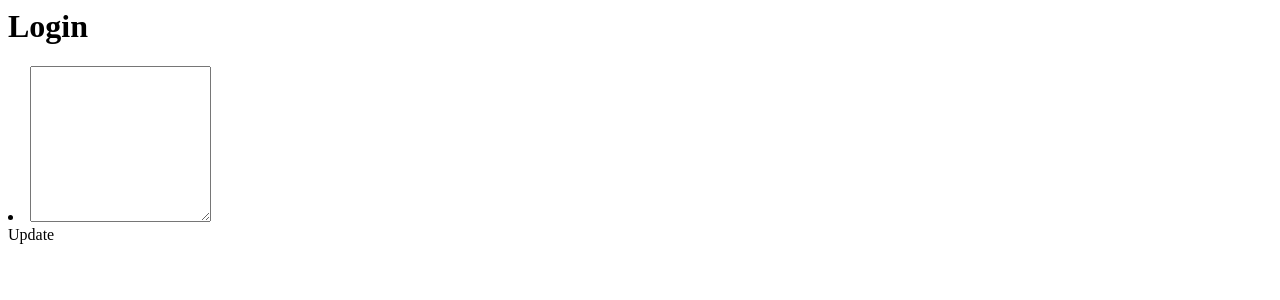
Repository: hoangnguyen92/IonicParseSample
Page: todoApp/www/templates/login.html
The author's editor kept a record of every edit. The page is drawn from the files as they stood at one moment, then again after the next edit.
The browser window is 1280 px wide. The pictures show the whole page.

Above is the page before.

### todoApp/www/templates/login.html
<ion-header-bar class="bar-positive">
    <div class="buttons">
        <!--<button class="button" ui-sref="todos">Back</button>-->
        <h1 class="title">Login</h1>
    </div>
</ion-header-bar>

<ion-content>
    <div>
        <ion-list>
            <li class="item item-input item-stacked-label">
                <textarea type="text" name="content" rows="10" ng-model="todo.content" required></textarea>
            </li>
            <ion-button class="button button-block button-positive" ng-click="edit()">
                Update
            </ion-button>
        </ion-list>
    </div>
</ion-content>

After the next edit:
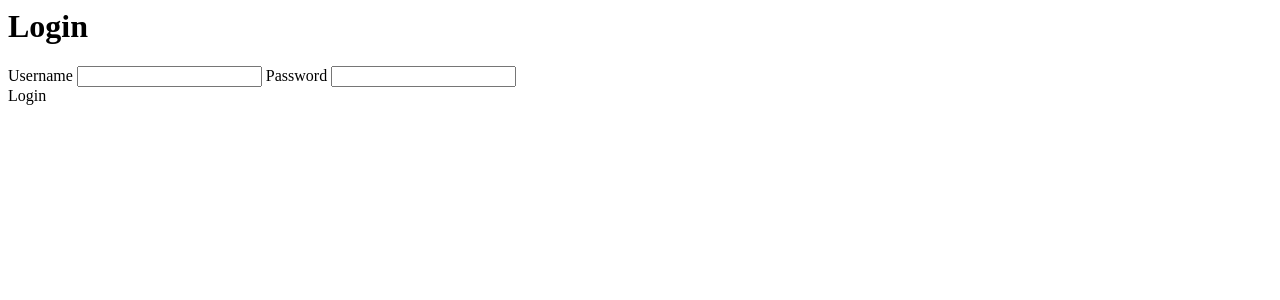
The edit:
--- a/todoApp/www/templates/login.html
+++ b/todoApp/www/templates/login.html
@@ -8,11 +8,18 @@
 <ion-content>
     <div>
         <ion-list>
-            <li class="item item-input item-stacked-label">
-                <textarea type="text" name="content" rows="10" ng-model="todo.content" required></textarea>
-            </li>
-            <ion-button class="button button-block button-positive" ng-click="edit()">
-                Update
+            <div class="list">
+                <label class="item item-input">
+                    <span class="input-label">Username</span>
+                    <input type="text" ng-model="user.username">
+                </label>
+                <label class="item item-input">
+                    <span class="input-label">Password</span>
+                    <input type="password">
+                </label>
+            </div>
+            <ion-button class="button button-block button-positive" ng-click="login()">
+                Login
             </ion-button>
         </ion-list>
     </div>
